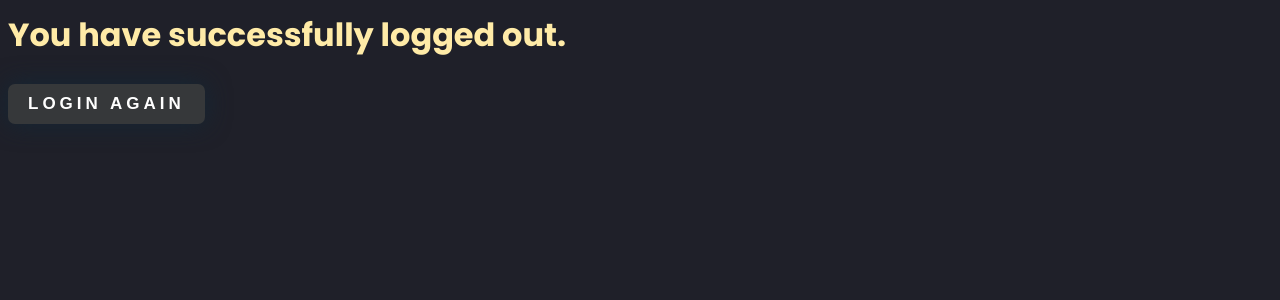
Repository: masifmuhammad/Quick-Notes
Page: Testing/logout.html
The author's editor kept a copy of each file at every save. The page is drawn from the files as they stood at one save, then again after the next save.
The browser window is 1280 px wide. The pictures show the whole page.

Above is the page before, as saved 2023-03-26 05:38:15.

After the next save:
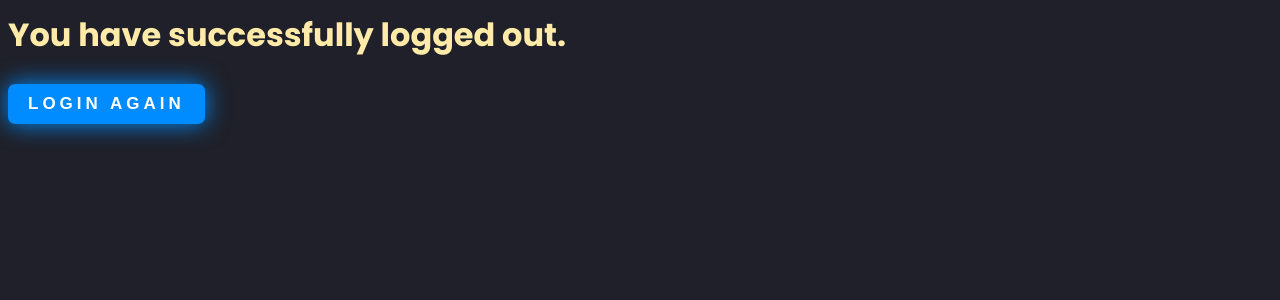
Saved 14 s later.
--- a/Testing/logout.html
+++ b/Testing/logout.html
@@ -14,8 +14,8 @@
   }
 
   .shadow__btn {
-    background: rgb(54, 56, 58);
-    box-shadow: 0 0 25px rgb(20, 39, 54);
+    background: rgb(0,140,255);
+    box-shadow: 0 0 25px rgb(0,140,255);
   }
 
   .shadow__btn:hover {
